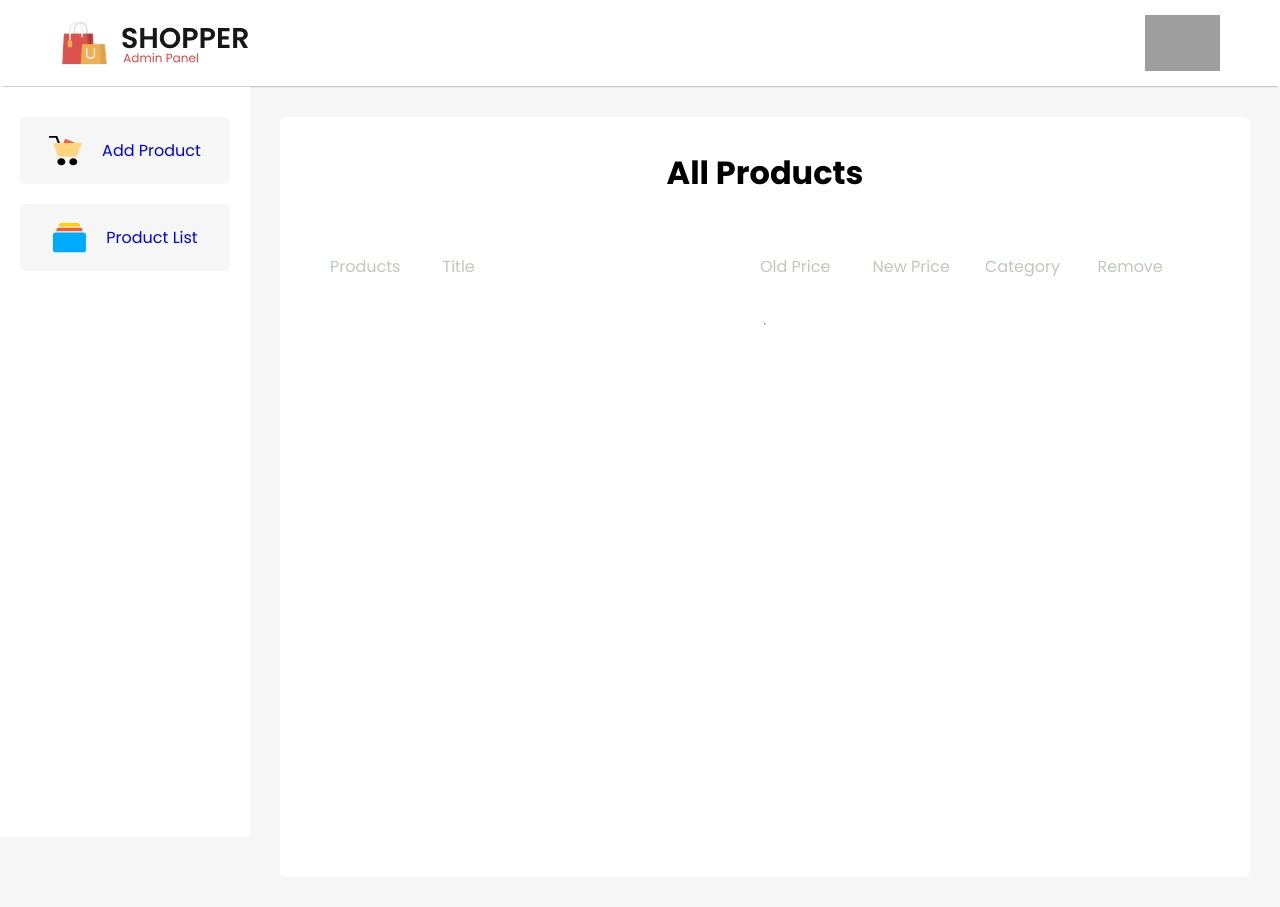
Repository: AiTrinh303/Simple-Shop
Page: /listproduct (app in admin/)
An editor plug-in stored every save of this project. The page is shown before and after the next save, followed by the edit.
The browser window is 1280 px wide. The pictures show the whole page.
Pictures or frames that could not be fetched are drawn as grey boxes. The page's requests for data from a server got no answer. The project was rebuilt for these pictures with package versions that can differ from the ones it lists, and the page was loaded fresh each time. No one was signed in, and anything a server would have sent is missing. Also part of the build but not shown: admin/vite.config.js, admin/src/Components/AddProduct/AddProduct.css, admin/src/Components/AddProduct/AddProduct.jsx.

Above is the page before, as saved 2024-07-05 22:32:13.

After the next save:
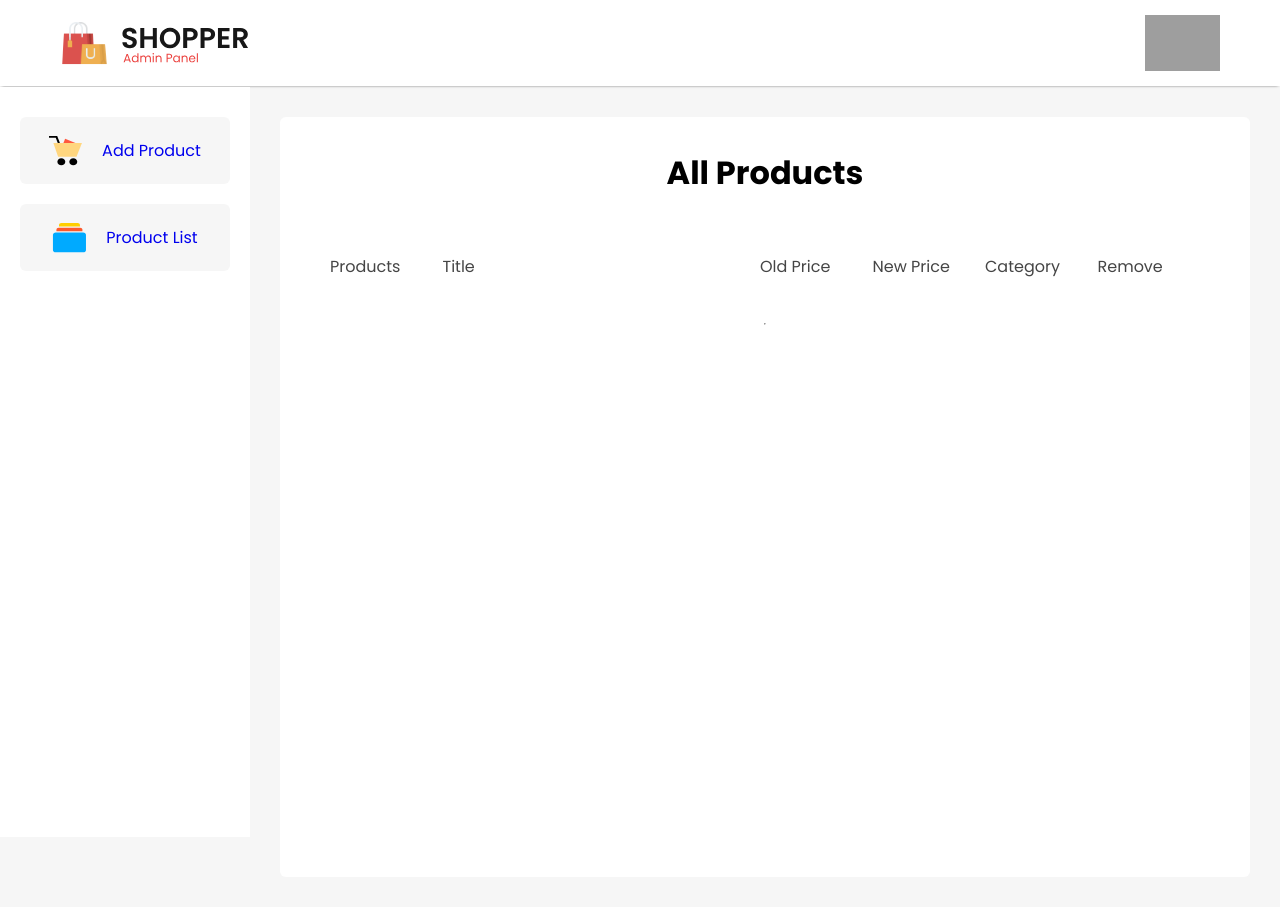
Saved 4 s later.
--- a/admin/src/Components/ListProduct/ListProduct.css
+++ b/admin/src/Components/ListProduct/ListProduct.css
@@ -16,5 +16,5 @@
     gap: 10px;
     width: 100%;
     padding: 20px 0px;
-    color: #4545
+    color: #454545;
 }
